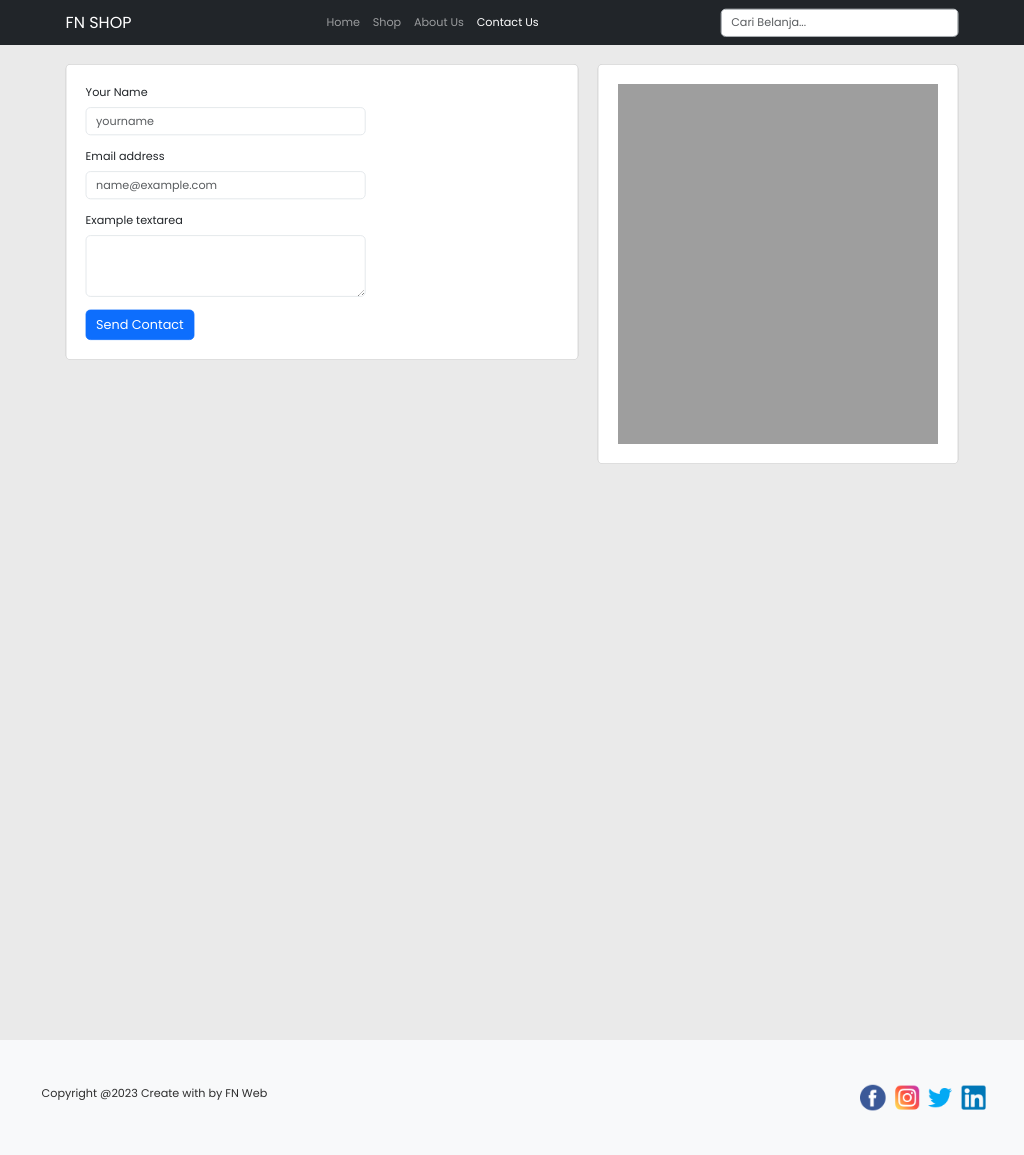
Repository: farhannurrahmat/Ecommerce
Page: contact.html
These files come from the project's save history. The page is drawn as it stood at one moment and after a run of saves; the edit follows.
The browser window is 1280 px wide. The pictures show the whole page, at 80% of full size.
Pictures or frames that could not be fetched are drawn as grey boxes. Some icons come from a web library that is not loaded, so they are not drawn.

Above is the page before, as saved 2024-01-31 08:11:31.

### contact.html
<!doctype html>
<html lang="en">

<head>
  <meta charset="utf-8">
  <meta name="viewport" content="width=device-width, initial-scale=1">
  <title>Ecommerce</title>
  <link href="https://cdn.jsdelivr.net/npm/bootstrap@5.3.0-alpha1/dist/css/bootstrap.min.css" rel="stylesheet"
    integrity="sha384-GLhlTQ8iRABdZLl6O3oVMWSktQOp6b7In1Zl3/Jr59b6EGGoI1aFkw7cmDA6j6gD" crossorigin="anonymous">
  <link rel="stylesheet" type="text/css" href="../stylehome.css">
  <link rel="stylesheet" type="text/css" href="../fontawesome/css/all.min.css">
</head>

<body>

  <nav class="navbar navbar-expand-lg navbar-dark bg-dark sticky-top">
    <div class="container ms-auto">
      <a class="navbar-brand font-bold" href="/index.html">FN SHOP</a>
      <button class="navbar-toggler" type="button" data-bs-toggle="collapse" data-bs-target="#navbarText"
        aria-controls="navbarText" aria-expanded="false" aria-label="Toggle navigation">
        <span class="navbar-toggler-icon"></span>
      </button>
      <div class="collapse navbar-collapse " id="navbarText">
        <ul class="navbar-nav mx-auto mb-2 mb-lg-0">
          <li class="nav-item">
            <a class="nav-link" href="/index.html">Home</a>
          </li>
          <li class="nav-item">
            <a class="nav-link" href="/shop.html">Shop</a>
          </li>
          <li class="nav-item">
            <a class="nav-link" href="/about.html">About Us</a>
          </li>
          <li class="nav-item">
            <a class="nav-link active" aria-current="page"  href="/contact.html">Contact Us</a>
          </li>
        </ul>
        <div>
          <div class="input-group">
            <input type="search" class="form-control" placeholder="Cari Belanja..." aria-describedby="button-addon2">
          </div>

        </div>
      </div>
    </div>
  </nav>

    <main class="container mt-3" style="margin-bottom: 100vh;">
        <div class="row gx-4 my-4">
            <div class="col-7">
                <div class="card p-4">
                    <form action="">
                        <div class="mb-3">
                            <label for="exampleFormControlInput1" class="form-label">Your Name</label>
                            <input type="name" class="form-control" id="exampleFormControlInput1" placeholder="yourname">
                        </div>
                        <div class="mb-3">
                            <label for="exampleFormControlInput1" class="form-label">Email address</label>
                            <input type="email" class="form-control" id="exampleFormControlInput1" placeholder="name@example.com">
                        </div>
                        <div class="mb-3">
                            <label for="exampleFormControlTextarea1" class="form-label">Example textarea</label>
                            <textarea class="form-control" id="exampleFormControlTextarea1" rows="3"></textarea>
                        </div>
                        <button type="submit" class="btn btn-primary">Send Contact</button>
                    </form>
                </div>
            </div>
            <div class="col-5">
                <div class="card p-4">
                    <iframe
                        src="https://www.google.com/maps/embed?pb=!1m18!1m12!1m3!1d3963.5823588899393!2d106.68681521406576!3d-6.57427449524533!2m3!1f0!2f0!3f0!3m2!1i1024!2i768!4f13.1!3m3!1m2!1s0x2e69db2b478d2725%3A0xa31558d4689b78c5!2sIslamic%20Boarding%20School%20SMK%20TI%20BAZMA!5e0!3m2!1sen!2sid!4v1675653970806!5m2!1sen!2sid"
                        width="100%" height="450" style="border:0;" allowfullscreen="" loading="lazy"
                        referrerpolicy="no-referrer-when-downgrade"></iframe>
                </div>
            </div>
        </div>
    </main>

    <footer class="bg-light p-5 mt-5">
        <div>
          <div class="row">
            <div class="col-md-6 text-md-start text-center pt-2 pb-2">
              <span class="ps-1">Copyright @2023 Create with <i class="fas fa-heart text danger"></i>by FN Web </span>
            </div>

            <div class="col-md-6 text-md-end text-center pt-2 pb-2">
              <a href="#" class="text-decoration-none">
                <img src="../sosialMedia/facebook.png" class="ms-2" style="width: 32px;">
              </a>
              <a href="#" class="text-decoration-none">
                <img src="../sosialMedia/instagram.png" class="ms-2" style="width: 30px;">
              </a>
              <a href="#" class="text-decoration-none">
                <img src="../sosialMedia/twitter.png" class="ms-2" style="width: 30px;">
              </a>
              <a href="#" class="text-decoration-none">
                <img src="../sosialMedia/linkedin.png" class="ms-2" style="width: 30px;">
              </a>
            </div>
          </div>
        </div>

      </footer>


    <script src="https://cdn.jsdelivr.net/npm/bootstrap@5.0.2/dist/js/bootstrap.bundle.min.js"
        integrity="sha384-MrcW6ZMFYlzcLA8Nl+NtUVF0sA7MsXsP1UyJoMp4YLEuNSfAP+JcXn/tWtIaxVXM"
        crossorigin="anonymous"></script>


    <script src="https://cdn.jsdelivr.net/npm/@popperjs/core@2.9.2/dist/umd/popper.min.js"
        integrity="sha384-IQsoLXl5PILFhosVNubq5LC7Qb9DXgDA9i+tQ8Zj3iwWAwPtgFTxbJ8NT4GN1R8p"
        crossorigin="anonymous"></script>

</body>

</html>

### stylehome.css
@import url('https://fonts.googleapis.com/css2?family=Poppins:ital,wght@0,100;0,200;0,300;0,400;0,500;0,600;0,700;0,800;0,900;1,100;1,200;1,300;1,400;1,500;1,600;1,700;1,800;1,900&display=swap');
body {
    background-color: #EAEAEA;
    font-family: 'Poppins', sans-serif;
    color: #2D2D2D;
    font-size: 14px;
}


.form-control {
    font-size: 14px;
}

@media screen and (min-width: 994px) {
.form-control {
    width: 350px;
}
}

@media screen and (min-width: 994px) {
.navbar-nav {
     text-align: center
}
}

.img-categori {
    width: 50px;
}

.img-categori:hover {
    transform: scale(1.2);
    transition: 0.2s;
}

.row-container {
    background-color: #fff;
    margin: 0px;
}

.card:hover {
    border: 1px solid #2d2d2d;
}

After the next 2 saves:
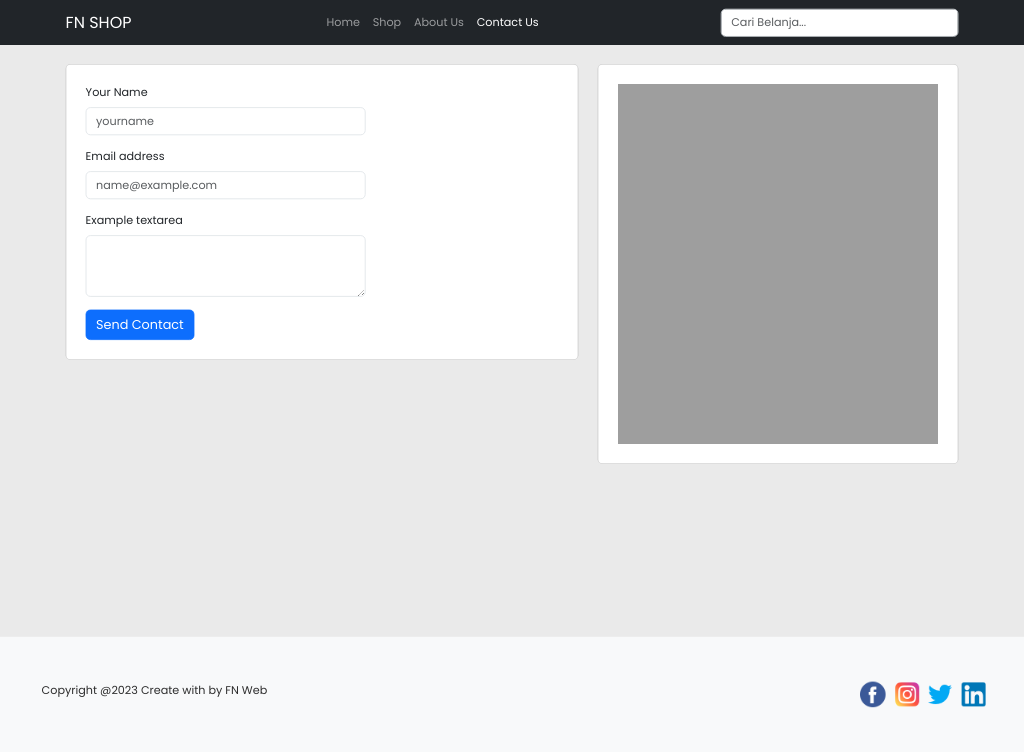
The 2 saves are shown as one change because they came seconds apart.
The last was saved 19 s later.
--- a/contact.html
+++ b/contact.html
@@ -45,7 +45,7 @@
     </div>
   </nav>
 
-    <main class="container mt-3" style="margin-bottom: 100vh;">
+    <main class="container mt-3" style="margin-bottom: 30vh;">
         <div class="row gx-4 my-4">
             <div class="col-7">
                 <div class="card p-4">
